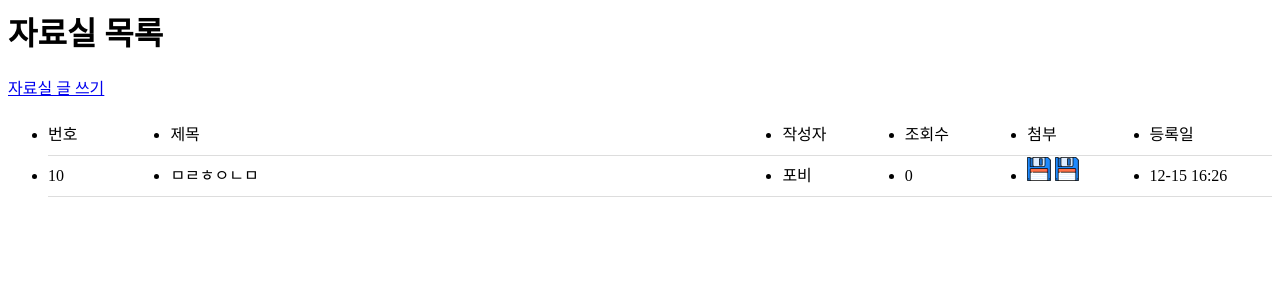
Repository: smg1024/StudySpring
Page: http://localhost/webSpringTest/WEB-INF/views/data/dataList.jsp
An editor plug-in stored every save of this project. The page is shown before and after the next save, followed by the edit.
The browser window is 1280 px wide. The pictures show the whole page.
The page is served by Tomcat 9. Nobody is signed in. Other server files are loaded and not shown. The template is opened directly, without the code that normally fills it, so the values that code supplies are empty.

Above is the page before, as saved 2022-12-15 07:35:46.

### webSpringTest/src/main/webapp/WEB-INF/views/data/dataList.jsp
<%@ page language="java" contentType="text/html; charset=UTF-8"
    pageEncoding="UTF-8"%>
<%@ taglib uri="http://java.sun.com/jsp/jstl/core" prefix="c" %>
<style>
	.dataDiv{
		overflow:auto;
	}
	.dataDiv>li{
		float:left;
		width:10%;
		height:40px;
		line-height:40px;
		border-bottom:1px solid #ddd;
	}
	.dataDiv>li:nth-child(6n+2) {
		width:50%
	}
</style>
<title>자료실 목록</title>
<div class="container">
	<h1>자료실 목록</h1>
	<div>
		<a href="#">자료실 글 쓰기</a>
	</div>
	<ul class="dataDiv">
		<li>번호</li>
		<li>제목</li>
		<li>작성자</li>
		<li>조회수</li>
		<li>첨부</li>
		<li>등록일</li>

		<li>10</li>
		<li>ㅁㄹㅎㅇㄴㅁ</li>
		<li>포비</li>
		<li>0</li>
		<li>
			<a href="" download><img src="/myapp/img/disk.png"></a>
			<a href="" download><img src="/myapp/img/disk.png"></a>
		</li>
		<li>12-15 16:26</li>
	</ul>
</div>

After the next save:
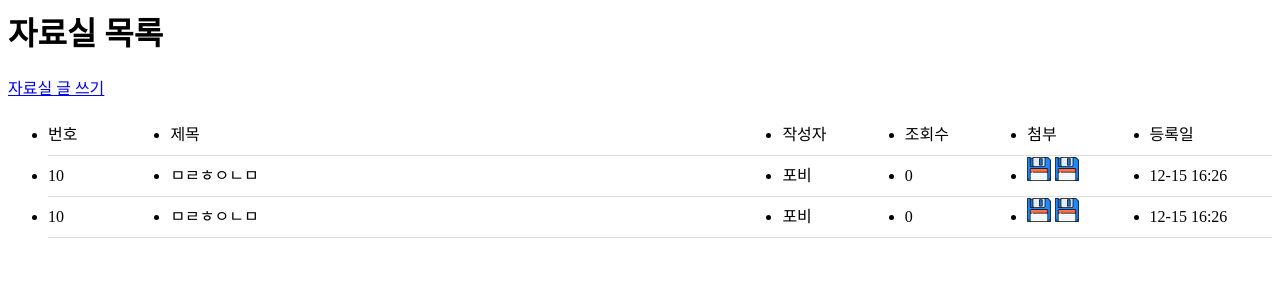
Saved 32 s later.
--- a/webSpringTest/src/main/webapp/WEB-INF/views/data/dataList.jsp
+++ b/webSpringTest/src/main/webapp/WEB-INF/views/data/dataList.jsp
@@ -39,5 +39,15 @@
 			<a href="" download><img src="/myapp/img/disk.png"></a>
 		</li>
 		<li>12-15 16:26</li>
+
+		<li>10</li>
+		<li>ㅁㄹㅎㅇㄴㅁ</li>
+		<li>포비</li>
+		<li>0</li>
+		<li>
+			<a href="" download><img src="/myapp/img/disk.png"></a>
+			<a href="" download><img src="/myapp/img/disk.png"></a>
+		</li>
+		<li>12-15 16:26</li>
 	</ul>
 </div>
